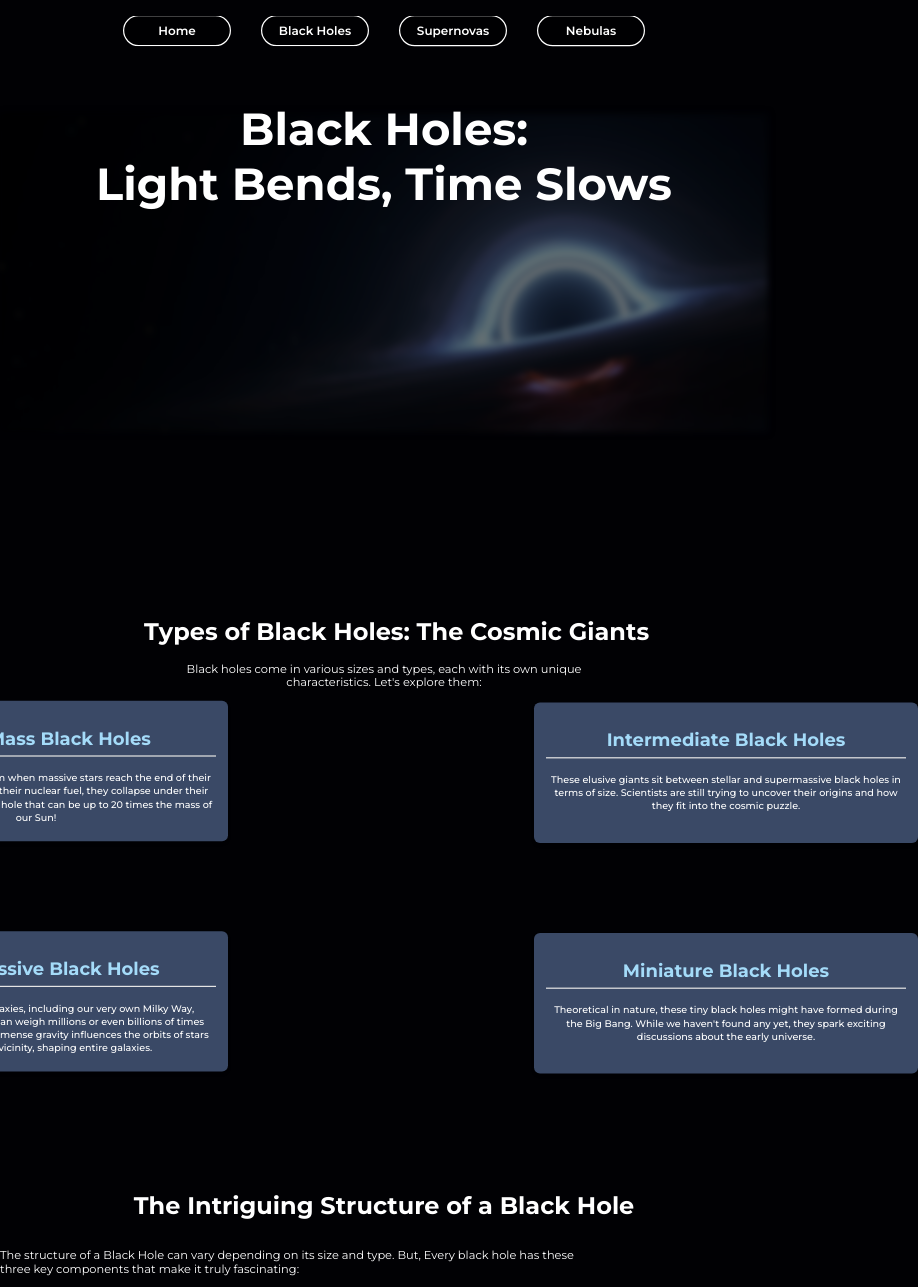
Repository: english-only/Space-Website
Page: black_hole.html
These files come from the project's save history. The page is drawn as it stood at one moment and after a run of saves; the edit follows.
The browser window is 1280 px wide. The page is 1530 px wide, so the pictures cover 1530 px, including what lies to the right of the window. The pictures show the whole page, at 60% of full size.
Backgrounds fixed to the window are drawn as part of the page.

Above is the page before, as saved 2025-04-14 13:22:04.

After the next 2 saves:
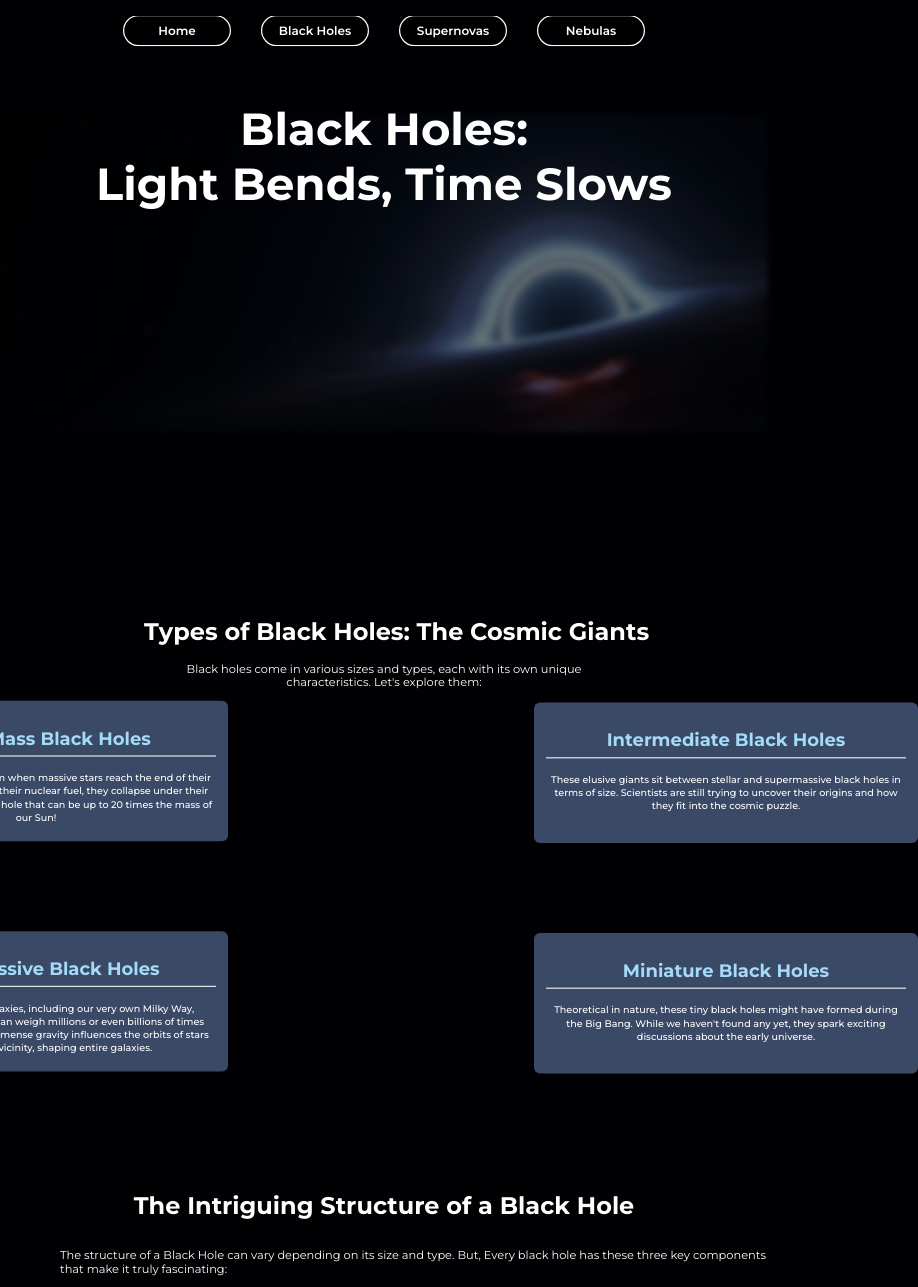
The 2 saves are shown as one change because they came seconds apart.
The last was saved 8 s later.
--- a/main.css
+++ b/main.css
@@ -440,7 +440,7 @@ h1 {
   justify-content: center;
   align-items: center;
   height: 100%;
-  width: 1000px;
+  margin-left: 100px;
 }
 
 @keyframes fadeIn {
